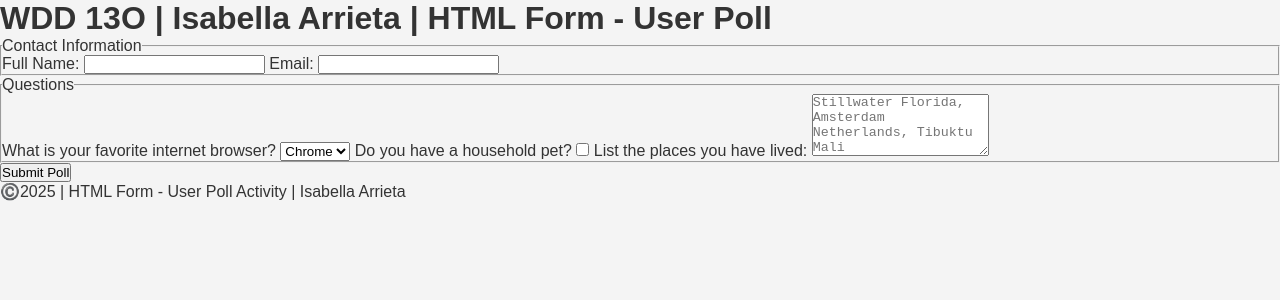
Repository: isaAJ05/wdd130
Page: week05/poll-form.html
These files come from the project's save history. The page is drawn as it stood at one moment and after the next save; the edit follows.
The browser window is 1280 px wide. The pictures show the whole page.

Above is the page before, as saved 2025-06-14 18:33:03.

### week05/poll-form.html
<!DOCTYPE html>
<html lang="en-us">
<head>
    <meta charset="UTF-8">
    <meta name="viewport" content="width=device-width, initial-scale=1.0">
    <title>WDD 130 | HTML Form - User Poll</title>
    <meta name="description" content="Poll form">
    <meta name="author" content="Isabella Arrieta">
    <link rel="stylesheet" href="styles/poll-form.css">
    <link rel="preconnect" href="https://fonts.googleapis.com">
    <link rel="preconnect" href="https://fonts.gstatic.com" crossorigin>
    <link href="https://fonts.googleapis.com/css2?family=Merriweather:wght@400;700&family=Roboto:wght@400;700&display=swap" rel="stylesheet">
</head>
<body>
    <header>
        <h1>WDD 13O | Isabella Arrieta | HTML Form - User Poll</h1>
    </header>
    <main>
        <form>
            <fieldset>
                <legend>Contact Information</legend>
                <label>Full Name: <input type="text" name="fullname"></label>
                <label>Email: <input type="email" id="useremail" name="useremail"></label>
            </fieldset>
            <fieldset>
                <legend>Questions</legend>
                <label for="browser">What is your favorite internet browser?</label>
                <select id="browser" name="browser">
                    <option value="chrome">Chrome</option>
                    <option value="firefox">Firefox</option>
                    <option value="safari">Safari</option>
                    <option value="edge">Edge</option>
                    <option value="brave">Brave</option>
                    <option value="other">Other</option>
                </select>
                <label for="pet">Do you have a household pet?</label>
                <input type="checkbox" id="pet" name="pet">
                <label for="feedback">List the places you have lived:</label>
                <textarea id="feedback" name="feedback" rows="4" placeholder="Stillwater Florida, Amsterdam Netherlands, Tibuktu Mali"></textarea>
            </fieldset>
            <button type="submit">Submit Poll</button>
        </form>
    </main>
    <footer>
        <p>©️2025 | HTML Form - User Poll Activity | Isabella Arrieta</p>

    </footer>
</body>
</html>

### week05/styles/poll-form.css
* {
    margin: 0;
    padding: 0;
    box-sizing: border-box;
}
body {
    font-family: Arial, sans-serif;
    background-color: #f4f4f4;
    color: #333;
}

After the next save:
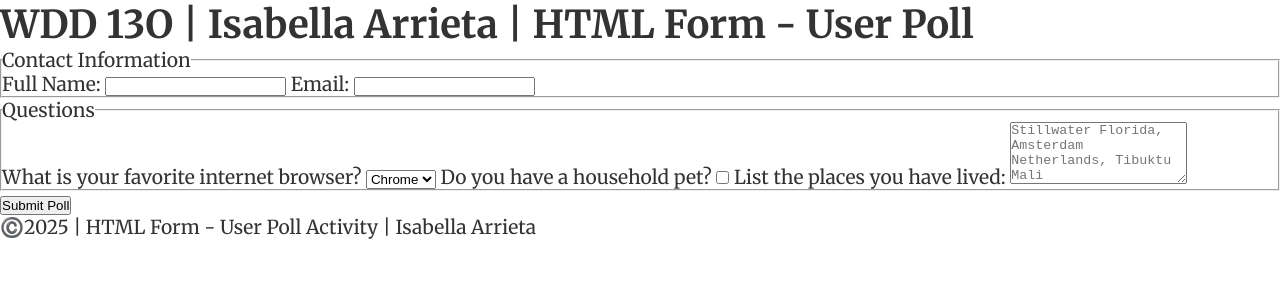
Saved 16 s later.
--- a/week05/styles/poll-form.css
+++ b/week05/styles/poll-form.css
@@ -4,7 +4,8 @@
     box-sizing: border-box;
 }
 body {
-    font-family: Arial, sans-serif;
-    background-color: #f4f4f4;
-    color: #333;
+    font-family: Merriweather, Georgia, serif;
+  font-size: 1.2em;
+  color: #333;
+  background: #fff;
 }
